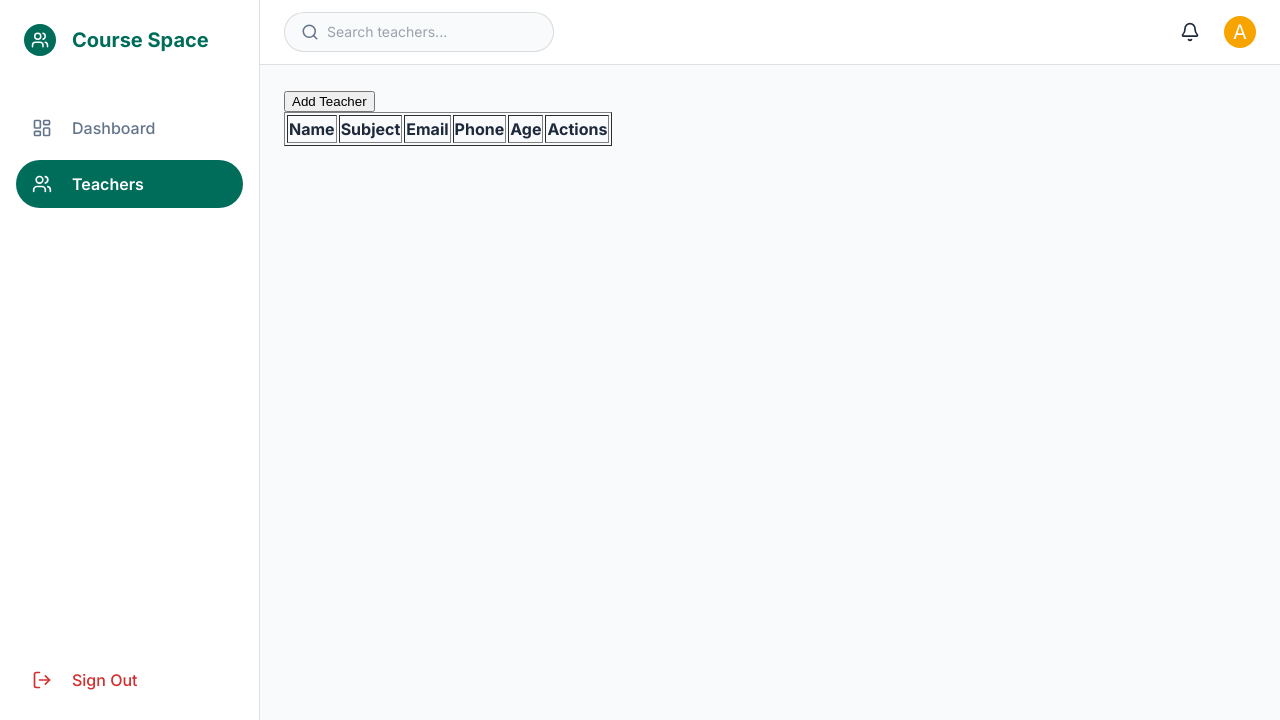
Repository: int-sonu/teacher_management_dashboard
Page: /teachers
The author's editor kept a copy of each file at every save. The page is drawn from the files as they stood at one save, then again after the next save.
The browser window is 1280 px wide. The pictures show the whole page.
The page's requests for data from a server got no answer. The project was rebuilt for these pictures with package versions that can differ from the ones it lists, and the page was loaded fresh each time. No one was signed in, and anything a server would have sent is missing. Also part of the build but not shown: vite.config.ts, src/components/layout/PublicLayout.tsx, src/pages/DashboardHome.tsx, src/features/teachers/TeacherDetail.tsx, src/pages/LandingPage.tsx, src/api/axiosClient.ts, src/api/authApi.ts, src/features/auth/authSlice.ts and 2 more.

Above is the page before, as saved 2026-03-26 03:09:23.

### index.html
<!DOCTYPE html>
<html lang="en">
  <head>
    <meta charset="UTF-8" />
    <link rel="icon" type="image/svg+xml" href="/vite.svg" />
    <meta name="viewport" content="width=device-width, initial-scale=1.0" />
    <title>TeacherOS - Professional Dashboard</title>
    <link rel="preconnect" href="https://fonts.googleapis.com">
    <link rel="preconnect" href="https://fonts.gstatic.com" crossorigin>
    <link href="https://fonts.googleapis.com/css2?family=Inter:wght@300;400;500;600;700;800;900&display=swap" rel="stylesheet">
  </head>
  <body>
    <div id="root"></div>
    <script type="module" src="/src/main.tsx"></script>
  </body>
</html>

### src/main.tsx
import { StrictMode } from 'react'
import { createRoot } from 'react-dom/client'
import { Provider } from 'react-redux'
import { ThemeProvider, CssBaseline } from '@mui/material'

import { store } from './app/store'
import App from './App.tsx'
import theme from './theme' // 🔥 IMPORT YOUR THEME

import './styles/global.css'
import './styles/glassmorphism.css'

createRoot(document.getElementById('root')!).render(
  <StrictMode>
    <Provider store={store}>
      <ThemeProvider theme={theme}>
        <CssBaseline /> {/* 🔥 IMPORTANT */}
        <App />
      </ThemeProvider>
    </Provider>
  </StrictMode>
)

### src/app/store.ts
import { configureStore } from '@reduxjs/toolkit';
import teacherReducer from '../features/teachers/teacherSlice';
import toastReducer from '../features/toast/toastSlice';

export const store = configureStore({
  reducer: {
    teachers: teacherReducer,
    toast: toastReducer,
  },
});

export type RootState = ReturnType<typeof store.getState>;
export type AppDispatch = typeof store.dispatch;

### src/App.tsx
import { BrowserRouter as Router, Routes, Route, Navigate } from 'react-router-dom';
import { ThemeProvider } from '@mui/material/styles';
import CssBaseline from '@mui/material/CssBaseline';
import theme from './theme';
import DashboardLayout from './components/layout/DashboardLayout';
import PublicLayout from './components/layout/PublicLayout';
import DashboardHome from './pages/DashboardHome';
import TeachersPage from './pages/TeachersPage';
import LandingPage from './pages/LandingPage';
import { AboutPage, ContactPage, AuthPage } from './pages/StaticPages';
import Toast from './components/common/Toast';

const App = () => {
  return (
    <ThemeProvider theme={theme}>
      <CssBaseline />
      <Router>
        <Routes>
          {/* Public Routes */}
          <Route path="/" element={<PublicLayout><LandingPage /></PublicLayout>} />
          <Route path="/about" element={<PublicLayout><AboutPage /></PublicLayout>} />
          <Route path="/contact" element={<PublicLayout><ContactPage /></PublicLayout>} />
          <Route path="/login" element={<PublicLayout><AuthPage mode="login" /></PublicLayout>} />
          <Route path="/register" element={<PublicLayout><AuthPage mode="register" /></PublicLayout>} />

          {/* Dashboard Routes */}
          <Route path="/dashboard" element={<DashboardLayout><DashboardHome /></DashboardLayout>} />
          <Route path="/teachers" element={<DashboardLayout><TeachersPage /></DashboardLayout>} />

          {/* Catch all */}
          <Route path="*" element={<Navigate to="/" replace />} />
        </Routes>
        <Toast />
      </Router>
    </ThemeProvider>
  );
};

export default App;

### src/theme.ts
import { createTheme } from '@mui/material/styles';

const theme = createTheme({
  palette: {
    primary: {
      main: '#006d5b',
      contrastText: '#ffffff',
    },
    secondary: {
      main: '#f7a400',
    },
    background: {
      default: '#f8fafc', // 🔥 better soft background
      paper: '#ffffff',
    },
    text: {
      primary: '#1e293b',
      secondary: '#64748b',
    },
  },

  typography: {
    fontFamily: '"Inter", "Roboto", "Helvetica", "Arial", sans-serif',
    h1: {
      fontWeight: 900,
      letterSpacing: '-0.02em',
    },
    h2: {
      fontWeight: 800,
    },
    h5: {
      fontWeight: 700,
    },
    button: {
      textTransform: 'none',
      fontWeight: 600,
    },
  },

  shape: {
    borderRadius: 12,
  },

  components: {
    // 🔥 BUTTON
    MuiButton: {
      styleOverrides: {
        root: {
          padding: '10px 20px',
          borderRadius: '10px',
        },
        containedPrimary: {
          backgroundColor: '#006d5b',
          '&:hover': {
            backgroundColor: '#005a4a',
          },
        },
      },
    },

    // 🔥 CARD / PAPER
    MuiPaper: {
      styleOverrides: {
        root: {
          borderRadius: '16px',
          padding: '16px',
        },
      },
    },

    // 🔥 TABLE
    MuiTableCell: {
      styleOverrides: {
        head: {
          fontWeight: 700,
          backgroundColor: '#f1f5f9',
        },
        root: {
          padding: '12px',
        },
      },
    },

    // 🔥 INPUT
    MuiTextField: {
      defaultProps: {
        variant: 'outlined',
        fullWidth: true,
      },
      styleOverrides: {
        root: {
          backgroundColor: '#ffffff',
        },
      },
    },

    // 🔥 APPBAR
    MuiAppBar: {
      styleOverrides: {
        root: {
          backgroundColor: '#ffffff',
          color: '#1e293b',
          boxShadow: 'none',
          borderBottom: '1px solid #e2e8f0',
        },
      },
    },
  },
});

export default theme;

### src/styles/global.css
:root {
  /* 🔥 PRIMARY THEME (GREEN) */
  --primary: #006d5b;
  --primary-hover: #005a4a;
  --secondary: #f7a400;
  --accent: #00a884;

  /* BACKGROUND */
  --background: #020617;
  --surface: rgba(30, 41, 59, 0.5);

  /* TEXT */
  --text-primary: #f8fafc;
  --text-secondary: #94a3b8;
  --text-muted: #64748b;

  /* STATUS */
  --success: #10b981;
  --error: #ef4444;
  --warning: #f59e0b;

  /* UI */
  --border: rgba(255, 255, 255, 0.05);
  --glass-bg: rgba(255, 255, 255, 0.03);
  --glass-border: rgba(255, 255, 255, 0.08);

  --radius: 0.5rem;
  --radius-lg: 0.75rem;
}

/* BASE */
body {
  font-family: 'Inter', sans-serif;
  background-color: var(--background);
  color: var(--text-primary);
}

/* BUTTONS */
.btn-primary {
  background: var(--primary);
  color: white;
  padding: 10px 20px;
  border-radius: var(--radius);
  border: none;
  cursor: pointer;
}

.btn-primary:hover {
  background: var(--primary-hover);
}

/* TABLE */
.table {
  width: 100%;
  border-collapse: collapse;
  margin-top: 20px;
}

.table th {
  text-align: left;
  padding: 12px;
  background: #0f172a;
  color: var(--text-secondary);
}

.table td {
  padding: 12px;
  border-bottom: 1px solid var(--border);
}

/* ACTION BUTTONS */
.btn-edit {
  color: var(--accent);
  cursor: pointer;
}

.btn-delete {
  color: var(--error);
  cursor: pointer;
}

/* INPUT */
input {
  width: 100%;
  padding: 10px;
  margin-bottom: 10px;
  background: #0f172a;
  border: 1px solid var(--border);
  border-radius: var(--radius);
  color: white;
}

/* CARD */
.card {
  background: var(--surface);
  border-radius: var(--radius-lg);
  padding: 20px;
  border: 1px solid var(--glass-border);
}

### src/features/teachers/teacherSlice.ts
import { createSlice, createAsyncThunk } from "@reduxjs/toolkit";
import * as api from "../../api/teacherApi";

export interface Teacher {
  id: number;
  name: string;
  subject: string;
}

interface TeacherState {
  teachers: Teacher[];
  selectedTeacher: Teacher | null;
  loading: boolean;
  error: string | null;
}

const initialState: TeacherState = {
  teachers: [],
  selectedTeacher: null,
  loading: false,
  error: null,
};

// 🔥 THUNKS

export const fetchTeachers = createAsyncThunk(
  "teachers/fetchAll",
  async () => await api.getTeachers()
);

// 🔥 FIXED (THIS WAS MISSING)
export const fetchTeacherById = createAsyncThunk(
  "teachers/fetchById",
  async (id: number) => await api.getTeacherById(id)
);

export const addTeacher = createAsyncThunk(
  "teachers/add",
  async (data: Teacher) => await api.createTeacher(data)
);

export const updateTeacher = createAsyncThunk(
  "teachers/update",
  async ({ id, data }: { id: number; data: Teacher }) =>
    await api.updateTeacher(id, data)
);

export const deleteTeacher = createAsyncThunk(
  "teachers/delete",
  async (id: number) => await api.deleteTeacherApi(id)
);

// 🔥 SLICE
const teacherSlice = createSlice({
  name: "teachers",
  initialState,
  reducers: {},
  extraReducers: (builder) => {
    builder
      // FETCH ALL
      .addCase(fetchTeachers.pending, (state) => {
        state.loading = true;
      })
      .addCase(fetchTeachers.fulfilled, (state, action) => {
        state.loading = false;
        state.teachers = action.payload.data || action.payload;
      })
      .addCase(fetchTeachers.rejected, (state) => {
        state.loading = false;
        state.error = "Failed to fetch";
      })

      // 🔥 FETCH BY ID
      .addCase(fetchTeacherById.fulfilled, (state, action) => {
        state.selectedTeacher = action.payload;
      })

      // ADD
      .addCase(addTeacher.fulfilled, (state, action) => {
        state.teachers.push(action.payload);
      })

      // UPDATE
      .addCase(updateTeacher.fulfilled, (state, action) => {
        const index = state.teachers.findIndex(
          (t) => t.id === action.payload.id
        );
        if (index !== -1) {
          state.teachers[index] = action.payload;
        }
      })

      // DELETE
      .addCase(deleteTeacher.fulfilled, (state, action) => {
        state.teachers = state.teachers.filter(
          (t) => t.id !== action.payload
        );
      });
  },
});

export default teacherSlice.reducer;

### src/features/toast/toastSlice.ts
import { createSlice } from '@reduxjs/toolkit';
import type { PayloadAction } from '@reduxjs/toolkit';

export interface ToastMessage {
  id: string;
  type: 'success' | 'error' | 'info';
  message: string;
}

interface ToastState {
  messages: ToastMessage[];
}

const initialState: ToastState = {
  messages: [],
};

const toastSlice = createSlice({
  name: 'toast',
  initialState,
  reducers: {
    showToast: (state, action: PayloadAction<Omit<ToastMessage, 'id'>>) => {
      const id = Date.now().toString();
      state.messages.push({ ...action.payload, id });
    },
    hideToast: (state, action: PayloadAction<string>) => {
      state.messages = state.messages.filter((m) => m.id !== action.payload);
    },
  },
});

export const { showToast, hideToast } = toastSlice.actions;
export default toastSlice.reducer;

### src/pages/TeachersPage.tsx
import React, { useState } from 'react';
import { useAppDispatch } from '../app/hooks';
import TeacherList from '../features/teachers/TeacherList';
import TeacherForm from '../features/teachers/TeacherForm';
import TeacherDetail from '../features/teachers/TeacherDetail';
import type { Teacher } from '../types/teacher';
import { fetchTeachers, fetchTeacherById } from '../features/teachers/teacherSlice';
import { showToast } from '../features/toast/toastSlice';
import { Dialog, DialogContent, DialogTitle, Box, IconButton } from '@mui/material';
import { X } from 'lucide-react';

const TeachersPage: React.FC = () => {
  const dispatch = useAppDispatch();
  const [isFormOpen, setIsFormOpen] = useState(false);
  const [isDetailOpen, setIsDetailOpen] = useState(false);
  const [editingTeacher, setEditingTeacher] = useState<Teacher | null>(null);
  const [viewingTeacher, setViewingTeacher] = useState<Teacher | null>(null);

  const handleEdit = (teacher: Teacher) => {
    setEditingTeacher(teacher);
    setIsFormOpen(true);
  };

  const handleView = async (teacher: Teacher) => {
    try {
      const resultAction = await dispatch(fetchTeacherById(teacher.id)).unwrap();
      setViewingTeacher(resultAction);
      setIsDetailOpen(true);
    } catch (e: any) {
      dispatch(showToast({ type: 'error', message: e.message || "Failed to load teacher details" }));
    }
  };

  const handleAdd = () => {
    setEditingTeacher(null);
    setIsFormOpen(true);
  };

  const handleFormSuccess = () => {
    setIsFormOpen(false);
    setEditingTeacher(null);
    dispatch(fetchTeachers());
  };

  return (
    <Box sx={{ maxWidth: '1200px', mx: 'auto' }}>
      <TeacherList
        onEdit={handleEdit}
        onView={handleView}
        onAdd={handleAdd}
      />

      <Dialog
        open={isFormOpen}
        onClose={() => setIsFormOpen(false)}
        maxWidth="md"
        fullWidth
        PaperProps={{ sx: { borderRadius: 3, p: 1 } }}
      >
        <DialogTitle sx={{ display: 'flex', justifyContent: 'space-between', alignItems: 'center', pb: 1 }}>
          <Box sx={{ fontWeight: 'bold', fontSize: '1.25rem' }}>
            {editingTeacher ? 'Update Academic Profile' : 'Register New Teacher'}
          </Box>
          <IconButton onClick={() => setIsFormOpen(false)} size="small">
            <X size={20} />
          </IconButton>
        </DialogTitle>
        <DialogContent dividers sx={{ borderTop: 0, borderBottom: 0 }}>
          <TeacherForm
            teacher={editingTeacher}
            onSuccess={handleFormSuccess}
            onCancel={() => setIsFormOpen(false)}
          />
        </DialogContent>
      </Dialog>

      <Dialog
        open={isDetailOpen}
        onClose={() => setIsDetailOpen(false)}
        maxWidth="sm"
        fullWidth
        PaperProps={{ sx: { borderRadius: 3, p: 1 } }}
      >
        <DialogTitle sx={{ display: 'flex', justifyContent: 'space-between', alignItems: 'center', pb: 1 }}>
          <Box sx={{ fontWeight: 'bold', fontSize: '1.25rem' }}>
            Teacher Profile
          </Box>
          <IconButton onClick={() => setIsDetailOpen(false)} size="small">
            <X size={20} />
          </IconButton>
        </DialogTitle>
        <DialogContent dividers sx={{ borderTop: 0, borderBottom: 0 }}>
          {viewingTeacher && <TeacherDetail teacher={viewingTeacher} />}
        </DialogContent>
      </Dialog>
    </Box>
  );
};

export default TeachersPage;

### src/components/common/Toast.tsx
import React, { useEffect } from 'react';
import { useAppDispatch, useAppSelector } from '../../app/hooks';
import { hideToast } from '../../features/toast/toastSlice';
import type { ToastMessage } from '../../features/toast/toastSlice';
import { motion, AnimatePresence } from 'framer-motion';
import { CheckCircle, XCircle, Info, X } from 'lucide-react';

const ToastContainer: React.FC = () => {
  const { messages } = useAppSelector((state) => state.toast);
  const dispatch = useAppDispatch();

  return (
    <div className="fixed bottom-8 right-8 z-[100] flex flex-col gap-3">
      <AnimatePresence>
        {messages.map((toast) => (
          <ToastItem key={toast.id} toast={toast} onHide={(id) => dispatch(hideToast(id))} />
        ))}
      </AnimatePresence>
    </div>
  );
};

const ToastItem = ({ toast, onHide }: { toast: ToastMessage, onHide: (id: string) => void }) => {
  useEffect(() => {
    const timer = setTimeout(() => onHide(toast.id), 5000);
    return () => clearTimeout(timer);
  }, [toast.id, onHide]);

  const icons = {
    success: <CheckCircle className="text-emerald-400" size={20} />,
    error: <XCircle className="text-red-400" size={20} />,
    info: <Info className="text-sky-400" size={20} />,
  };

  const bgColors = {
    success: 'bg-emerald-500/10 border-emerald-500/20',
    error: 'bg-red-500/10 border-red-500/20',
    info: 'bg-sky-500/10 border-sky-500/20',
  };

  return (
    <motion.div
      initial={{ opacity: 0, x: 50, scale: 0.9 }}
      animate={{ opacity: 1, x: 0, scale: 1 }}
      exit={{ opacity: 0, x: 20, scale: 0.9 }}
      className={`glass-panel p-4 flex items-center gap-3 min-w-[320px] max-w-md shadow-2xl border ${bgColors[toast.type]}`}
    >
      {icons[toast.type]}
      <p className="flex-1 text-sm font-medium text-slate-200">{toast.message}</p>
      <button onClick={() => onHide(toast.id)} className="text-slate-400 hover:text-white">
        <X size={16} />
      </button>
    </motion.div>
  );
};

export default ToastContainer;

### src/api/teacherApi.ts
import axios from "axios";

const API_URL = "/api";

// GET ALL
export const getTeachers = async () => {
  const res = await axios.get(`${API_URL}/Teachers`);
  return res.data;
};

// 🔥 GET BY ID (ADDED)
export const getTeacherById = async (id: number) => {
  const res = await axios.get(`${API_URL}/Teachers/${id}`);
  return res.data;
};

// ADD
export const createTeacher = async (data: any) => {
  const res = await axios.post(`${API_URL}/Teachers`, data);
  return res.data;
};

// UPDATE
export const updateTeacher = async (id: number, data: any) => {
  const res = await axios.put(`${API_URL}/Teachers/${id}`, data);
  return res.data;
};

// DELETE
export const deleteTeacherApi = async (id: number) => {
  await axios.delete(`${API_URL}/Teachers/${id}`);
  return id;
};

### src/app/hooks.ts
import { useDispatch, useSelector } from 'react-redux';
import type { TypedUseSelectorHook } from 'react-redux';
import type { RootState, AppDispatch } from './store';

// Use throughout your app instead of plain `useDispatch` and `useSelector`
export const useAppDispatch = () => useDispatch<AppDispatch>();
export const useAppSelector: TypedUseSelectorHook<RootState> = useSelector;

### src/features/teachers/TeacherList.tsx
import { useEffect, useState } from "react";
import { useAppDispatch, useAppSelector } from "../../app/hooks";
import { fetchTeachers, deleteTeacher } from "./teacherSlice";
import TeacherForm from "./TeacherForm";

const TeacherList = () => {
  const dispatch = useAppDispatch();
  const { teachers } = useAppSelector((s) => s.teachers);

  const [showForm, setShowForm] = useState(false);
  const [editingTeacher, setEditingTeacher] = useState<any>(null);

  useEffect(() => {
    dispatch(fetchTeachers());
  }, []);

  return (
    <div>
      <button
        onClick={() => {
          setShowForm(true);
          setEditingTeacher(null);
        }}
      >
        Add Teacher
      </button>

      {(showForm || editingTeacher) && (
        <TeacherForm
          editData={editingTeacher}
          onClose={() => {
            setShowForm(false);
            setEditingTeacher(null);
          }}
        />
      )}

      <table border={1}>
        <thead>
          <tr>
            <th>Name</th>
            <th>Subject</th>
            <th>Email</th>
            <th>Phone</th>
            <th>Age</th>
            <th>Actions</th>
          </tr>
        </thead>

        <tbody>
          {teachers.map((t) => (
            <tr key={t.id}>
              <td>{t.name}</td>
              <td>{t.subject}</td>
              <td>{t.email}</td>
              <td>{t.phone}</td>
              <td>{t.age}</td>

              <td>
                <button onClick={() => setEditingTeacher(t)}>Edit</button>
                <button onClick={() => dispatch(deleteTeacher(t.id!))}>
                  Delete
                </button>
              </td>
            </tr>
          ))}
        </tbody>
      </table>
    </div>
  );
};

export default TeacherList;

### src/features/teachers/TeacherForm.tsx
import { createSlice, createAsyncThunk } from "@reduxjs/toolkit";
import * as api from "../../api/teacherApi";

export interface Teacher {
  id: number;
  name: string;
  subject: string;
}

interface TeacherState {
  teachers: Teacher[];
  selectedTeacher: Teacher | null;
  loading: boolean;
  error: string | null;
}

const initialState: TeacherState = {
  teachers: [],
  selectedTeacher: null,
  loading: false,
  error: null,
};

// 🔥 THUNKS

export const fetchTeachers = createAsyncThunk(
  "teachers/fetchAll",
  async () => await api.getTeachers()
);

// 🔥 FIXED (THIS WAS MISSING)
export const fetchTeacherById = createAsyncThunk(
  "teachers/fetchById",
  async (id: number) => await api.getTeacherById(id)
);

export const addTeacher = createAsyncThunk(
  "teachers/add",
  async (data: Teacher) => await api.createTeacher(data)
);

export const updateTeacher = createAsyncThunk(
  "teachers/update",
  async ({ id, data }: { id: number; data: Teacher }) =>
    await api.updateTeacher(id, data)
);

export const deleteTeacher = createAsyncThunk(
  "teachers/delete",
  async (id: number) => await api.deleteTeacherApi(id)
);

// 🔥 SLICE
const teacherSlice = createSlice({
  name: "teachers",
  initialState,
  reducers: {},
  extraReducers: (builder) => {
    builder
      // FETCH ALL
      .addCase(fetchTeachers.pending, (state) => {
        state.loading = true;
      })
      .addCase(fetchTeachers.fulfilled, (state, action) => {
        state.loading = false;
        state.teachers = action.payload.data || action.payload;
      })
      .addCase(fetchTeachers.rejected, (state) => {
        state.loading = false;
        state.error = "Failed to fetch";
      })

      // 🔥 FETCH BY ID
      .addCase(fetchTeacherById.fulfilled, (state, action) => {
        state.selectedTeacher = action.payload;
      })

      // ADD
      .addCase(addTeacher.fulfilled, (state, action) => {
        state.teachers.push(action.payload);
      })

      // UPDATE
      .addCase(updateTeacher.fulfilled, (state, action) => {
        const index = state.teachers.findIndex(
          (t) => t.id === action.payload.id
        );
        if (index !== -1) {
          state.teachers[index] = action.payload;
        }
      })

      // DELETE
      .addCase(deleteTeacher.fulfilled, (state, action) => {
        state.teachers = state.teachers.filter(
          (t) => t.id !== action.payload
        );
      });
  },
});

export default teacherSlice.reducer;

Loaded but not shown: src/components/layout/DashboardLayout.tsx (190 lines, source omitted)

After the next save:
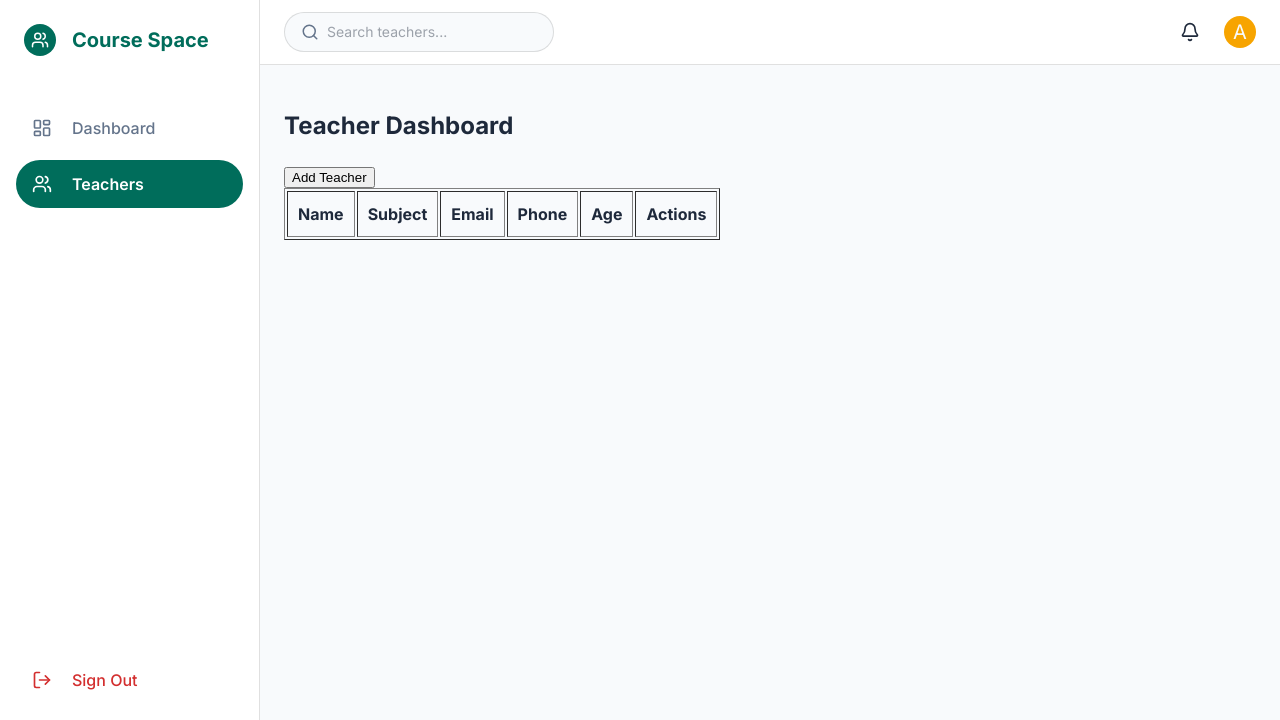
Saved 103 s later.
--- a/src/features/teachers/TeacherList.tsx
+++ b/src/features/teachers/TeacherList.tsx
@@ -1,21 +1,29 @@
 import { useEffect, useState } from "react";
 import { useAppDispatch, useAppSelector } from "../../app/hooks";
-import { fetchTeachers, deleteTeacher } from "./teacherSlice";
+import {
+  fetchTeachers,
+  deleteTeacher,
+} from "./teacherSlice";
 import TeacherForm from "./TeacherForm";
 
 const TeacherList = () => {
   const dispatch = useAppDispatch();
-  const { teachers } = useAppSelector((s) => s.teachers);
+  const { teachers, loading } = useAppSelector((s) => s.teachers);
 
   const [showForm, setShowForm] = useState(false);
   const [editingTeacher, setEditingTeacher] = useState<any>(null);
 
   useEffect(() => {
     dispatch(fetchTeachers());
-  }, []);
+  }, [dispatch]);
+
+  if (loading) return <p>Loading...</p>;
 
   return (
     <div>
+      <h2>Teacher Dashboard</h2>
+
+      {/* ADD BUTTON */}
       <button
         onClick={() => {
           setShowForm(true);
@@ -25,6 +33,7 @@ const TeacherList = () => {
         Add Teacher
       </button>
 
+      {/* FORM */}
       {(showForm || editingTeacher) && (
         <TeacherForm
           editData={editingTeacher}
@@ -35,14 +44,14 @@ const TeacherList = () => {
         />
       )}
 
-      <table border={1}>
+      <table border={1} cellPadding={10}>
         <thead>
           <tr>
             <th>Name</th>
             <th>Subject</th>
-            <th>Email</th>
-            <th>Phone</th>
-            <th>Age</th>
+            <th>Email</th>     {/* 🔥 NEW */}
+            <th>Phone</th>     {/* 🔥 NEW */}
+            <th>Age</th>       {/* 🔥 NEW */}
             <th>Actions</th>
           </tr>
         </thead>
@@ -52,13 +61,21 @@ const TeacherList = () => {
             <tr key={t.id}>
               <td>{t.name}</td>
               <td>{t.subject}</td>
-              <td>{t.email}</td>
-              <td>{t.phone}</td>
-              <td>{t.age}</td>
+              <td>{t.email}</td>     {/* 🔥 NEW */}
+              <td>{t.phone}</td>     {/* 🔥 NEW */}
+              <td>{t.age}</td>       {/* 🔥 NEW */}
 
               <td>
-                <button onClick={() => setEditingTeacher(t)}>Edit</button>
-                <button onClick={() => dispatch(deleteTeacher(t.id!))}>
+                <button
+                  onClick={() => {
+                    setEditingTeacher(t);
+                    setShowForm(true);
+                  }}
+                >
+                  Edit
+                </button>
+
+                <button onClick={() => dispatch(deleteTeacher(t.id))}>
                   Delete
                 </button>
               </td>
